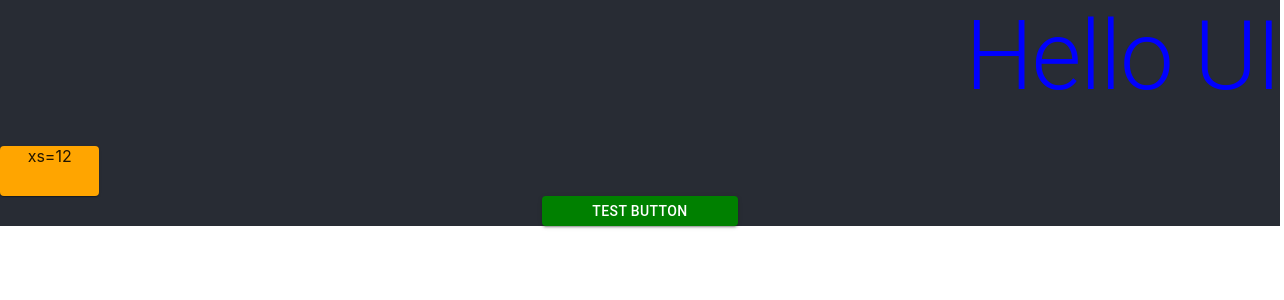
Repository: ShunsukeTanizaki/COVID19-Live
Page: /
An editor plug-in stored every save of this project. The page is shown before and after the next save, followed by the edit.
The browser window is 1280 px wide. The page is 1284 px wide, so the pictures cover 1284 px, including what lies to the right of the window. The pictures show the whole page.
The project was rebuilt for these pictures with package versions that can differ from the ones it lists, and the page was loaded fresh each time.

Above is the page before, as saved 2020-11-07 23:35:21.

After the next save:
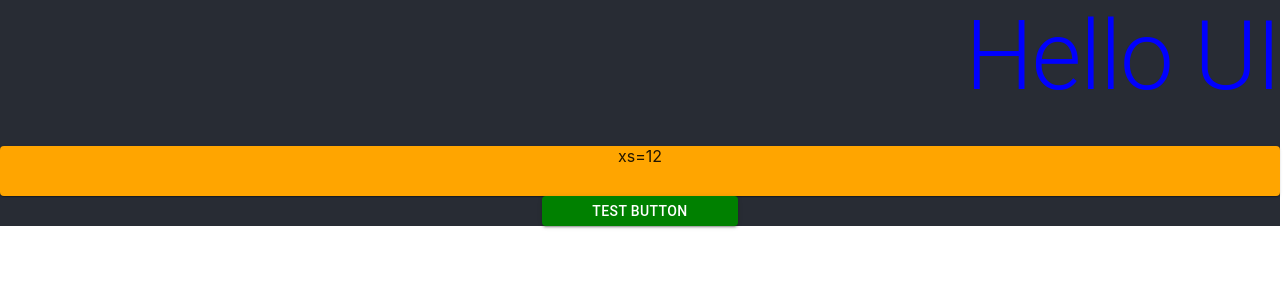
Saved 4 s later.
--- a/src/components/MaterialUI .tsx
+++ b/src/components/MaterialUI .tsx
@@ -30,7 +30,7 @@ const MaterialUI: React.FC = () => {
             </Typography>
 
             <Grid container spacing={1}>
-                <Grid item xs={1}>
+                <Grid item xs={12}>
                     <Paper className={classes.paperStyle}>xs=12</Paper>
                 </Grid>
             </Grid>
